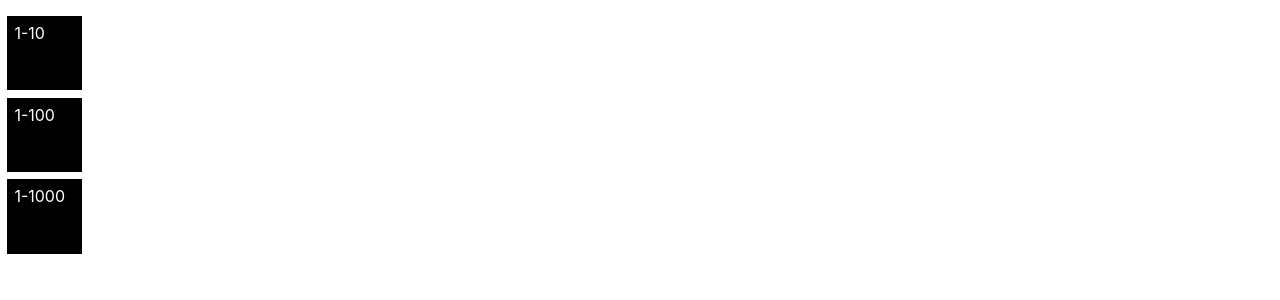
Repository: michalgornicki/number-generator
Page: /
The author's editor kept a copy of each file at every save. The page is drawn from the files as they stood at one save, then again after a run of saves.
The browser window is 1280 px wide. The pictures show the whole page.
The project was rebuilt for these pictures with package versions that can differ from the ones it lists, and the page was loaded fresh each time.

Above is the page before, as saved 2021-12-03 13:35:58.

After the next 2 saves:
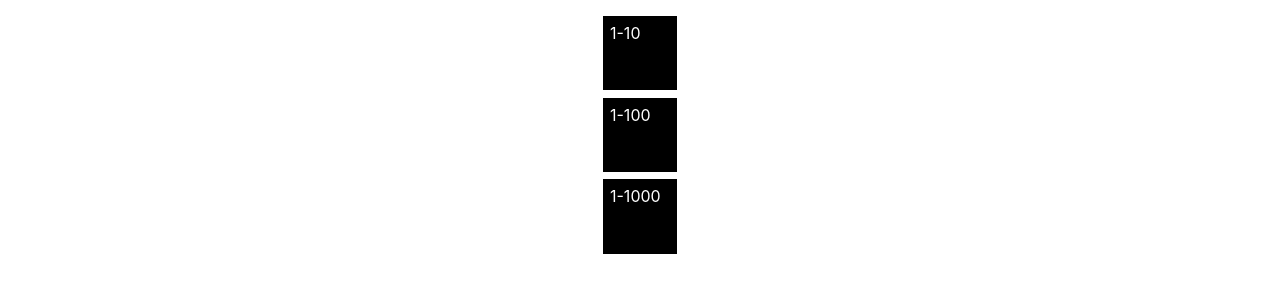
The 2 saves are shown as one change because they came seconds apart.
The last was saved 9 s later.
--- a/src/App.css
+++ b/src/App.css
@@ -6,7 +6,7 @@
     background-color: black;
     color: white;
     padding: 1vmin;
-    margin: 1vmin;
+    margin-bottom: 1vmin;
 }
 
 .map{
